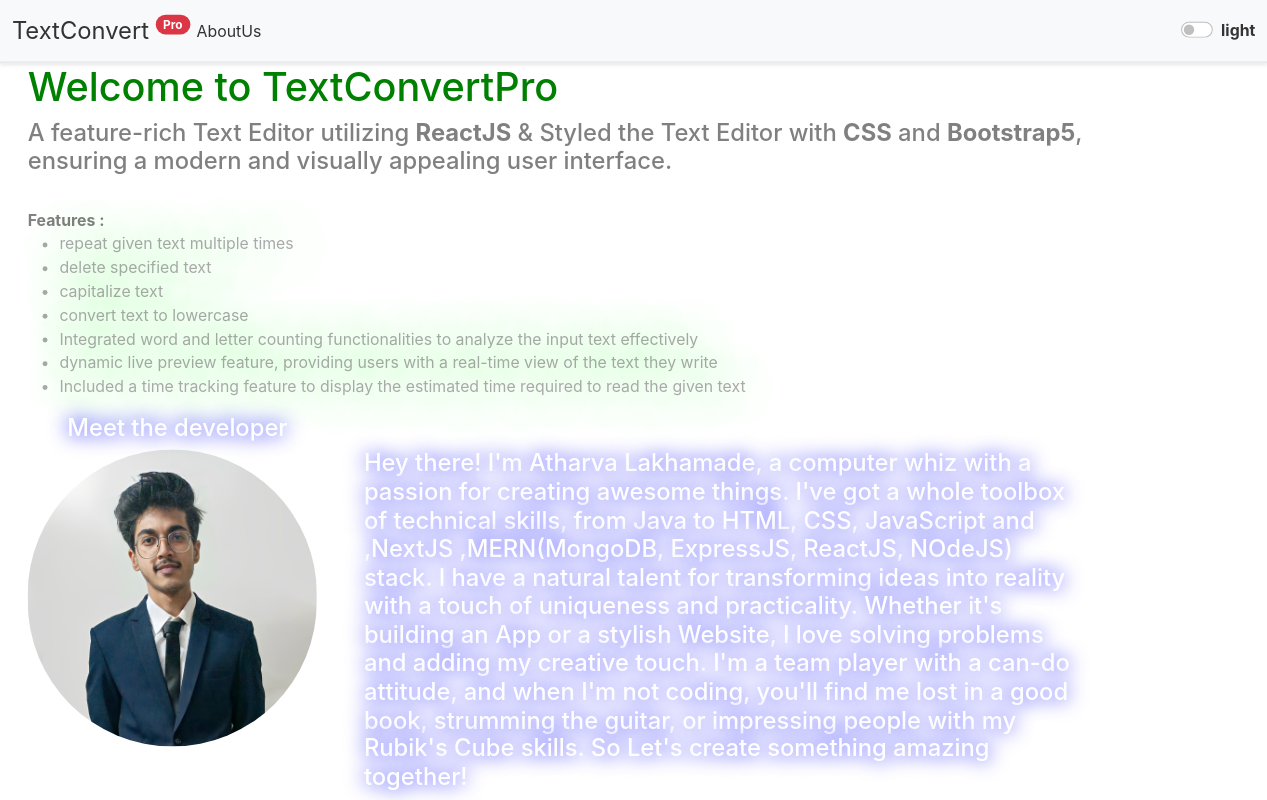
Repository: atha2810/TextConvertPro
Page: /about
The author's editor kept a copy of each file at every save. The page is drawn from the files as they stood at one save, then again after the next save.
The browser window is 1280 px wide. The pictures show the whole page, at 99% of full size.
The project was rebuilt for these pictures with package versions that can differ from the ones it lists, and the page was loaded fresh each time. Also part of the build but not shown: src/css/TextForm.css, src/TextForm.js. Imported but missing from the stored project, and not drawn on this page: src/css/A.

Above is the page before, as saved 2024-07-25 19:36:39.

After the next save:
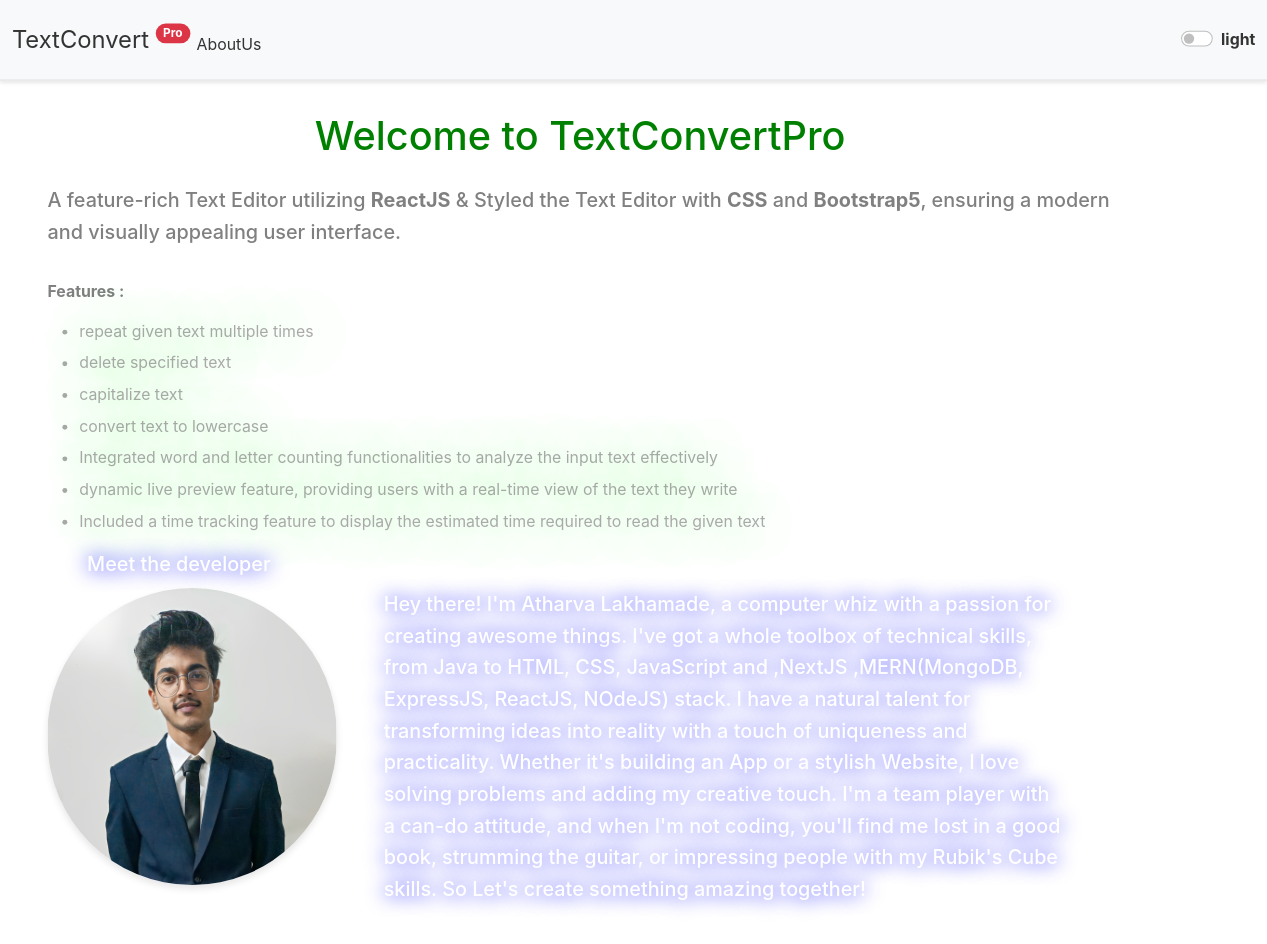
Saved 4 s later.
--- a/src/components/About.js
+++ b/src/components/About.js
@@ -1,4 +1,4 @@
-import "../css/A"
+import "../css/About.css";
 
 export default function About(props) {
   return (
